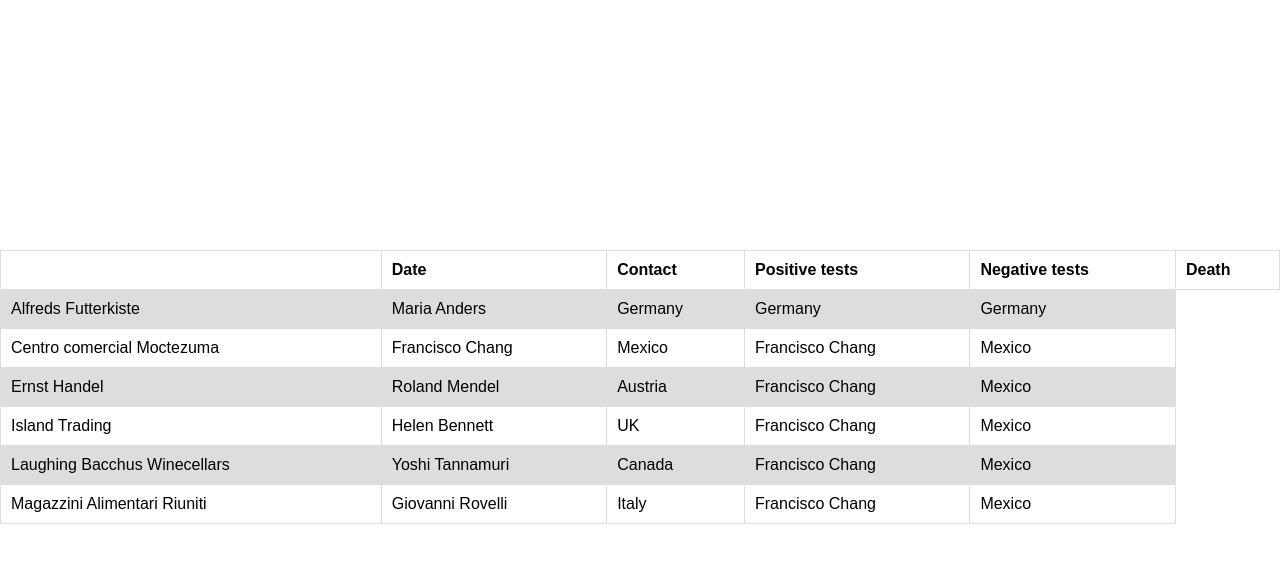
Repository: Seryozha02/ApiRequests
Page: index.html
These files come from the project's save history. The page is drawn as it stood at one moment and after a run of saves; the edit follows.
The browser window is 1280 px wide. The pictures show the whole page.

Above is the page before, as saved 2022-09-22 21:29:54.

### index.html
<!DOCTYPE html>
<html lang="en">
<head>
    <meta charset="UTF-8">
    <meta http-equiv="X-UA-Compatible" content="IE=edge">
    <meta name="viewport" content="width=device-width, initial-scale=1.0">
    <title>Request's</title>
    <link rel="stylesheet" href="style.css">
</head>
<body>
    <table class="requests">
        <th>
            <th>Date</th>
            <th>Contact</th>
            <th>Positive tests</th>
            <th>Negative tests</th>
            <th>Death</th>
        </th>
        <tr>
          <td>Alfreds Futterkiste</td>
          <td>Maria Anders</td>
          <td>Germany</td>
          <td>Germany</td>
          <td>Germany</td>
        </tr>
        <tr>
          <td>Centro comercial Moctezuma</td>
          <td>Francisco Chang</td>
          <td>Mexico</td>
          <td>Francisco Chang</td>
          <td>Mexico</td>
        </tr>
        <tr>
          <td>Ernst Handel</td>
          <td>Roland Mendel</td>
          <td>Austria</td>
          <td>Francisco Chang</td>
          <td>Mexico</td>
        </tr>
        <tr>
          <td>Island Trading</td>
          <td>Helen Bennett</td>
          <td>UK</td>
          <td>Francisco Chang</td>
          <td>Mexico</td>
        </tr>
        <tr>
          <td>Laughing Bacchus Winecellars</td>
          <td>Yoshi Tannamuri</td>
          <td>Canada</td>
          <td>Francisco Chang</td>
          <td>Mexico</td>
        </tr>
        <tr>
          <td>Magazzini Alimentari Riuniti</td>
          <td>Giovanni Rovelli</td>
          <td>Italy</td>
          <td>Francisco Chang</td>
          <td>Mexico</td>
        </tr>
      </table>
</body>
<script src="script.js"></script>
</html>

### style.css
* {
        margin: 0;
        padding: 0;
        box-sizing: border-box;
}

.requests {
    font-family: arial, sans-serif;
    border-collapse: collapse;
    width: 100%;
    margin-top: 250px;
  }

  td, th {
    border: 1px solid #dddddd;
    text-align: left;
    padding: 10px;

  }

  tr:nth-child(even) {
    background-color: #dddddd;
  }

Loaded but not shown: script.js (no copy from this time; the picture is the same without it)

After the next 2 saves:
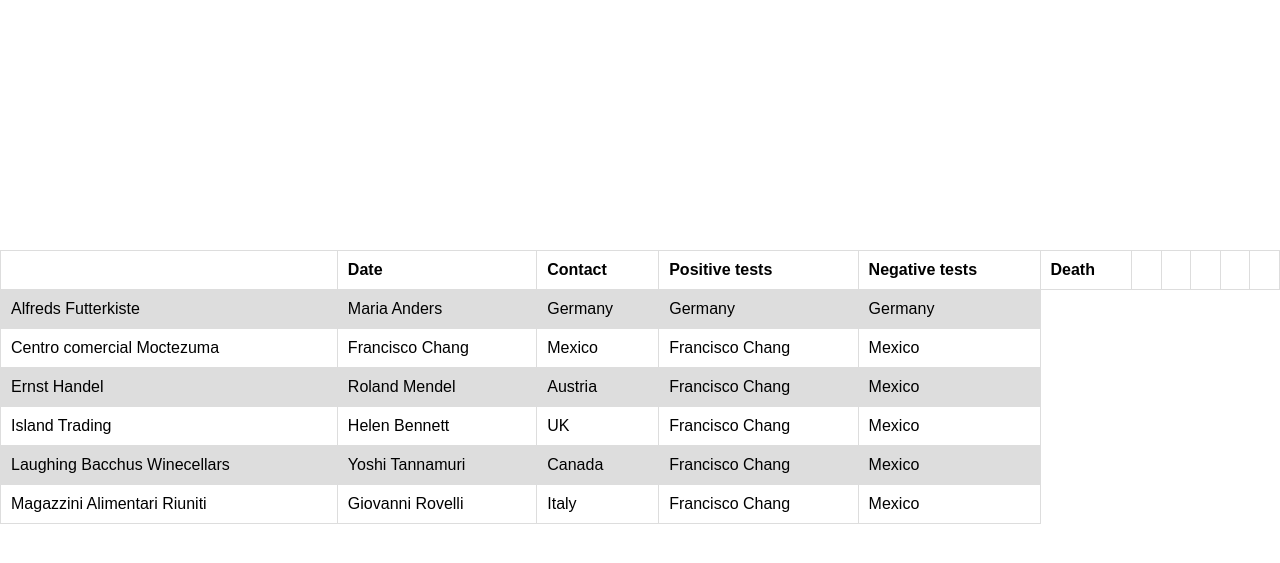
The 2 saves are shown as one change because they came seconds apart.
The last was saved 7 s later.
--- a/index.html
+++ b/index.html
@@ -16,6 +16,11 @@
             <th>Negative tests</th>
             <th>Death</th>
         </th>
+        <th></th>
+        <th></th>
+        <th></th>
+        <th></th>
+        <th></th>
         <tr>
           <td>Alfreds Futterkiste</td>
           <td>Maria Anders</td>
